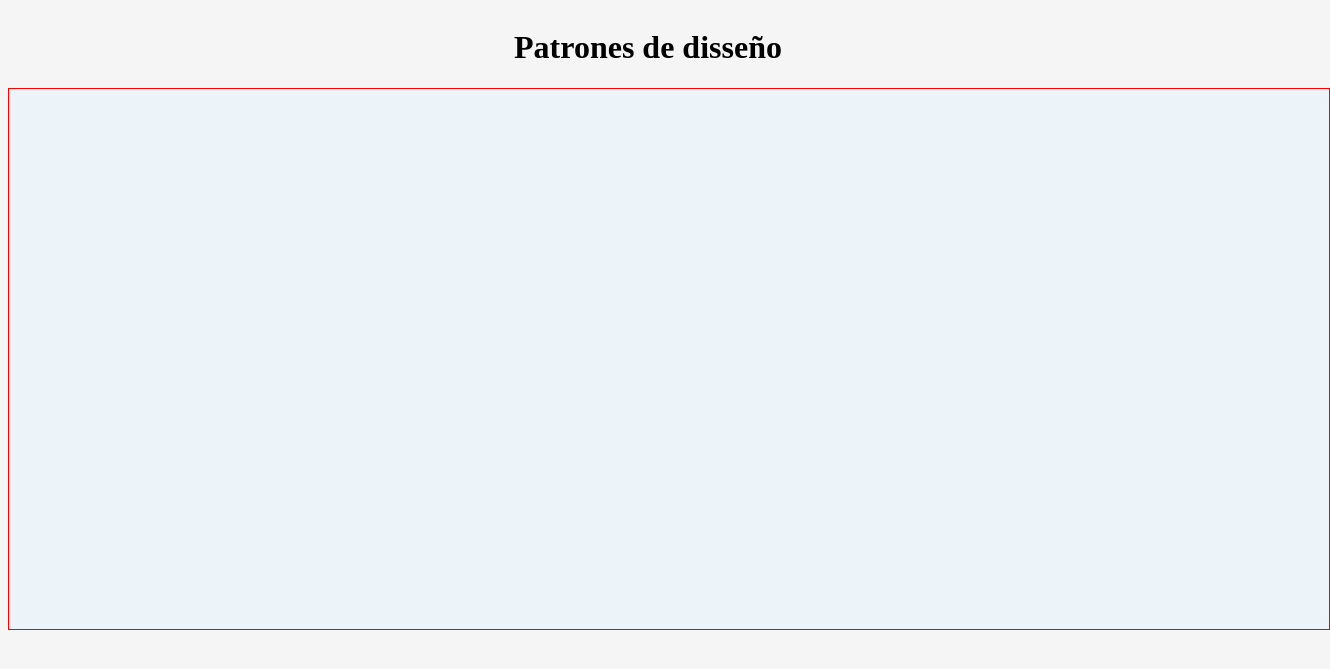
Repository: nrsWebs/design-pattern-es
Page: index.html
These files come from the project's save history. The page is drawn as it stood at one moment and after the next save; the edit follows.
The browser window is 1280 px wide. The page is 1330 px wide, so the pictures cover 1330 px, including what lies to the right of the window. The pictures show the whole page.

Above is the page before, as saved 2021-02-06 18:04:28.

After the next save:
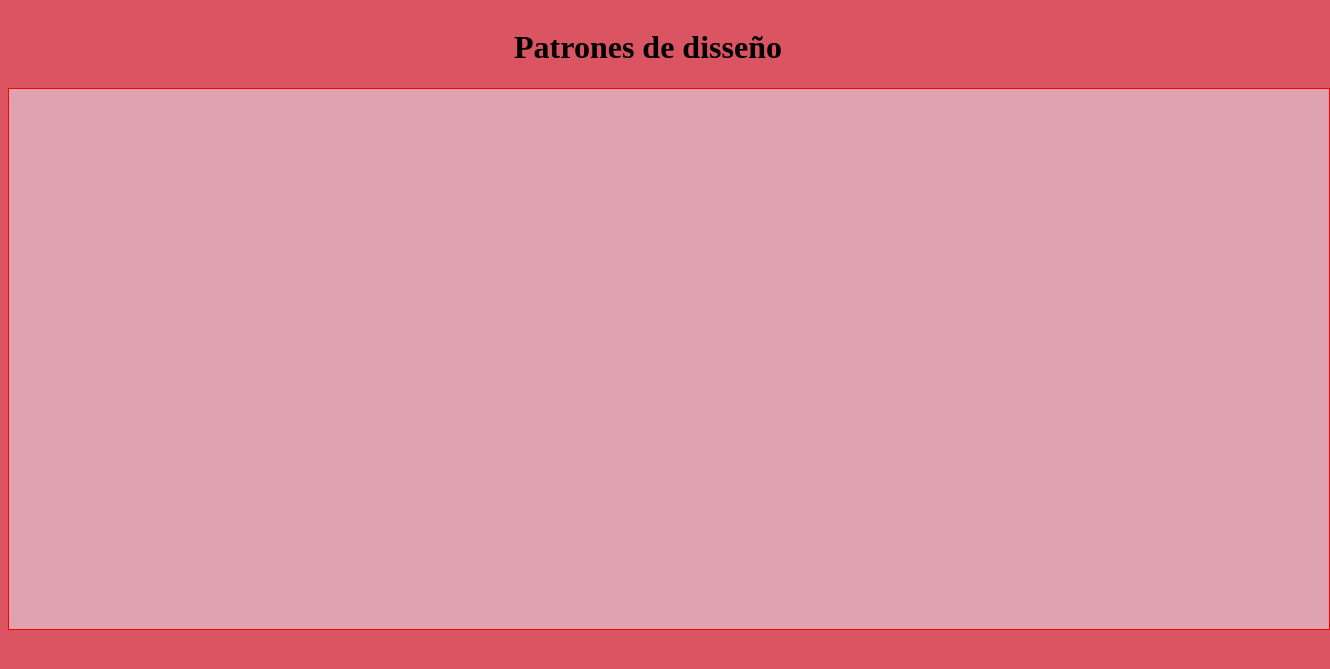
Saved 2 min 16 s later.
--- a/source/main.css
+++ b/source/main.css
@@ -1,5 +1,5 @@
 :root {
-    --main: #F5F5F5;
+    --main: #DB5461;
     --secondary: rgba(227, 242, 253, 0.5);
     --auxiliar: #DB5461
   }
